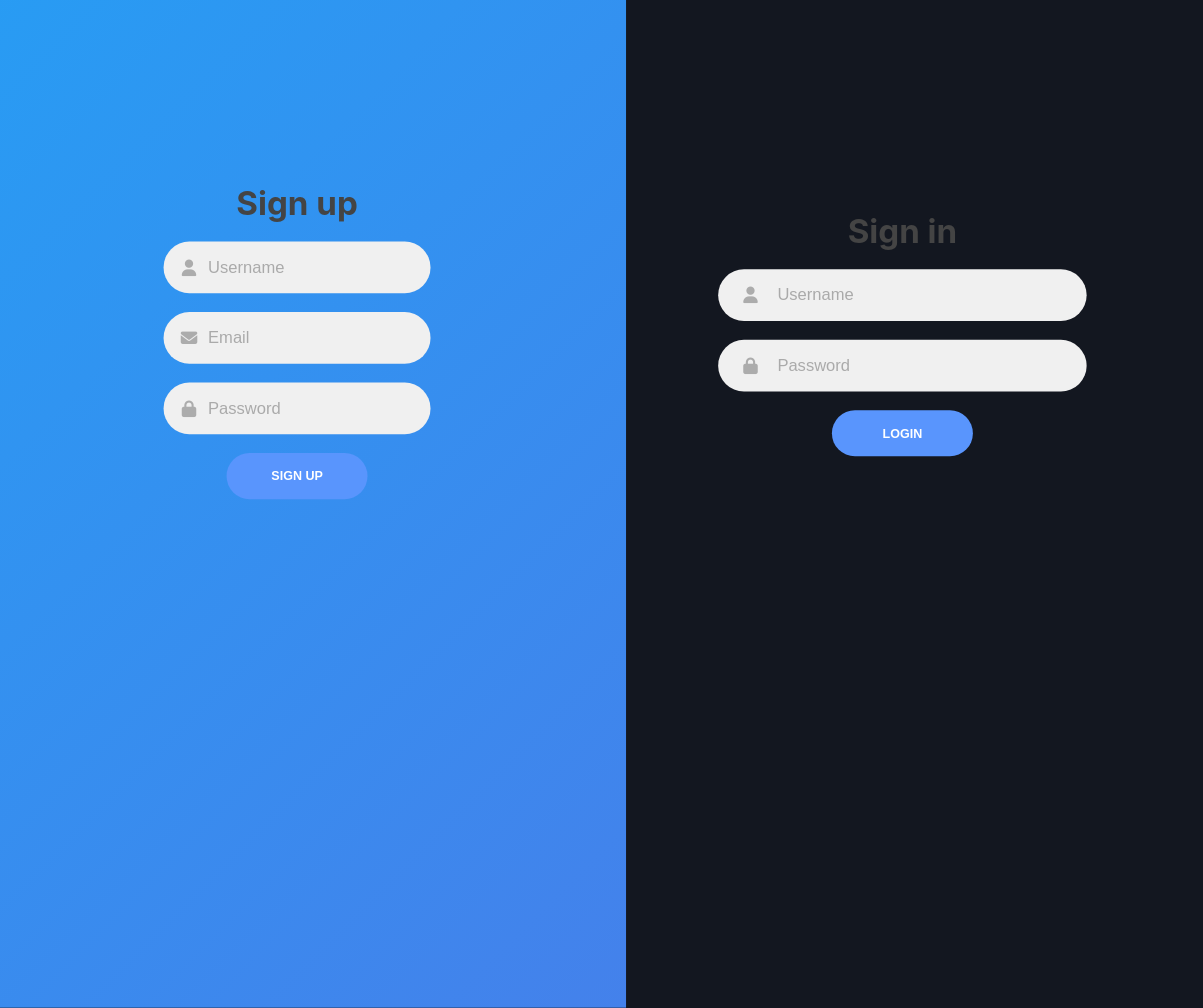
Repository: sarfaraz1611/NitteMovie.github.io
Page: login.html
These files come from the project's save history. The page is drawn as it stood at one moment and after the next save; the edit follows.
The browser window is 1280 px wide. The pictures show the whole page, at 94% of full size.
Some web libraries are served in a nearby version.

Above is the page before, as saved 2022-07-15 23:58:27.

After the next save:
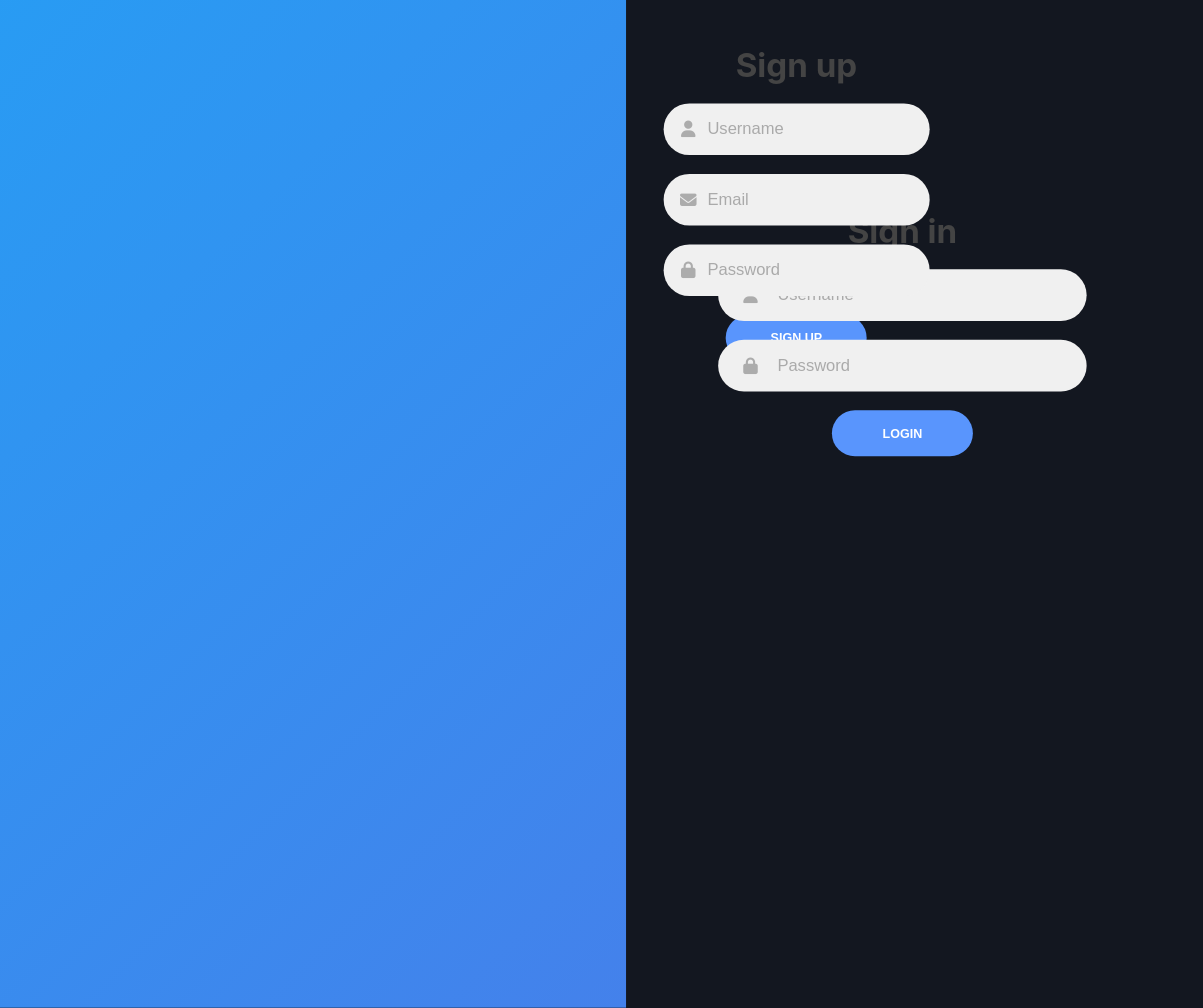
Saved 82 s later.
--- a/login.html
+++ b/login.html
@@ -30,7 +30,7 @@
             </div>
 
 
-        <div class="panels-container">
+
             <div class="panel left-panel">
                                    <form action="#" class="">
                         <h2 class="title">Sign up</h2>

After the 2 saves that followed:
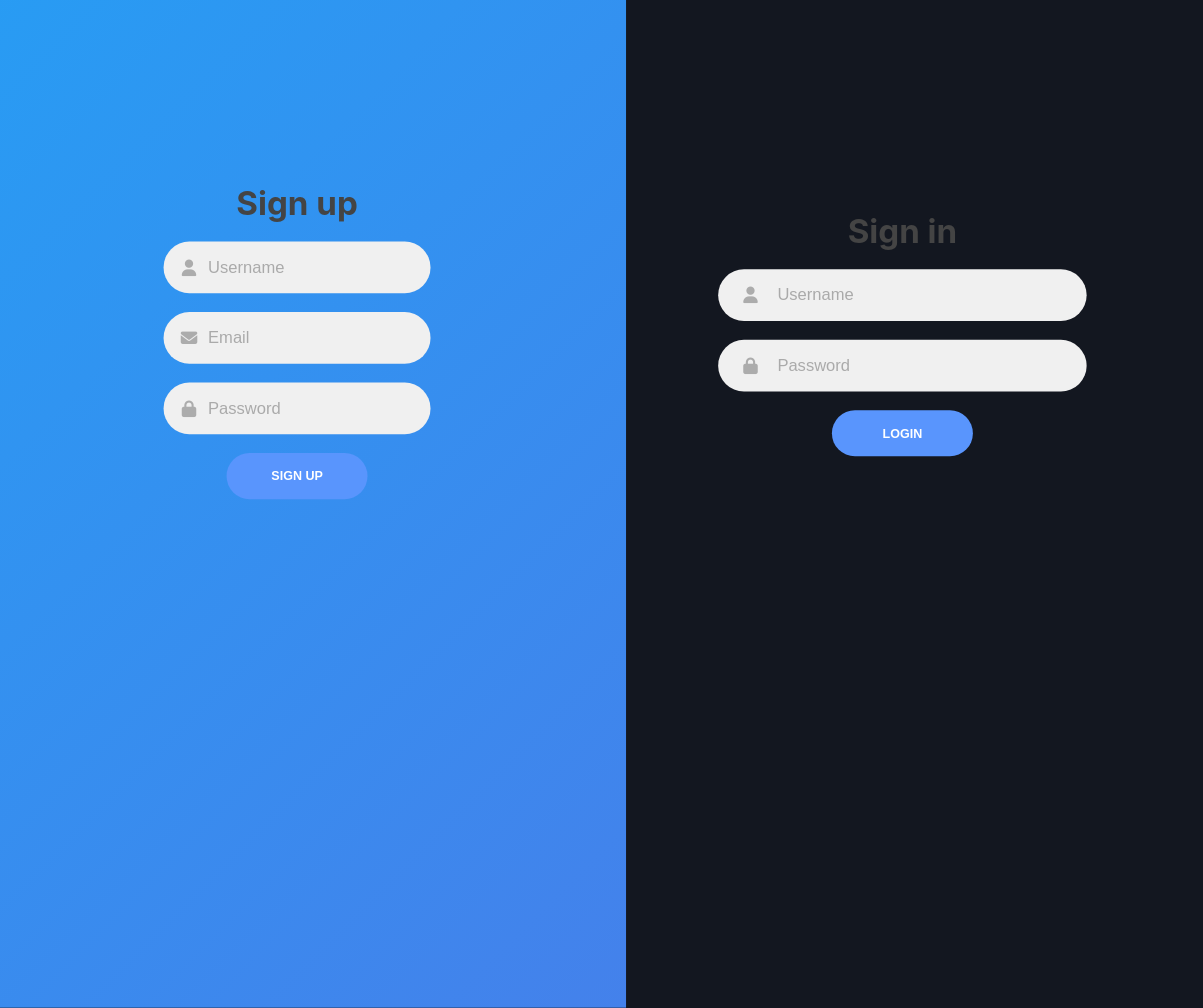
The 2 saves are shown as one change because 1 left the picture as it was.
The last was saved 11 s later.
--- a/login.html
+++ b/login.html
@@ -30,7 +30,7 @@
             </div>
 
 
-
+        <div class="panels-container">
             <div class="panel left-panel">
                                    <form action="#" class="">
                         <h2 class="title">Sign up</h2>
